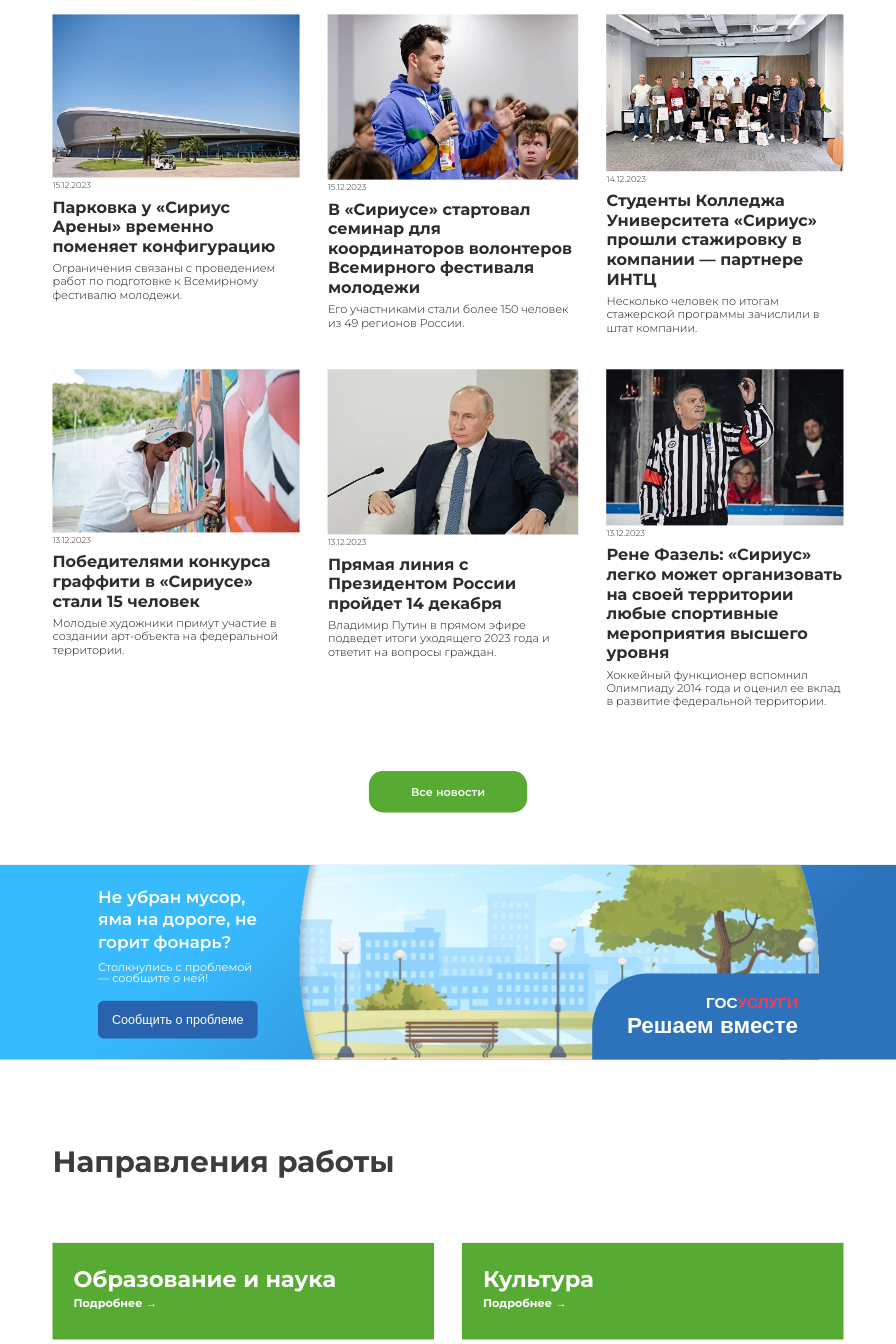
Repository: sem1103/sirius-ft
Page: index.html
An editor plug-in stored every save of this project. The page is shown before and after the next save, followed by the edit.
The browser window is 1280 px wide. The pictures show the part of the page from y = 1312 to 3232 px (the page is 5595 px tall before and 5615 px after), at 70% of full size.

Above is the page before, as saved 2023-12-21 10:55:50.

After the next save:
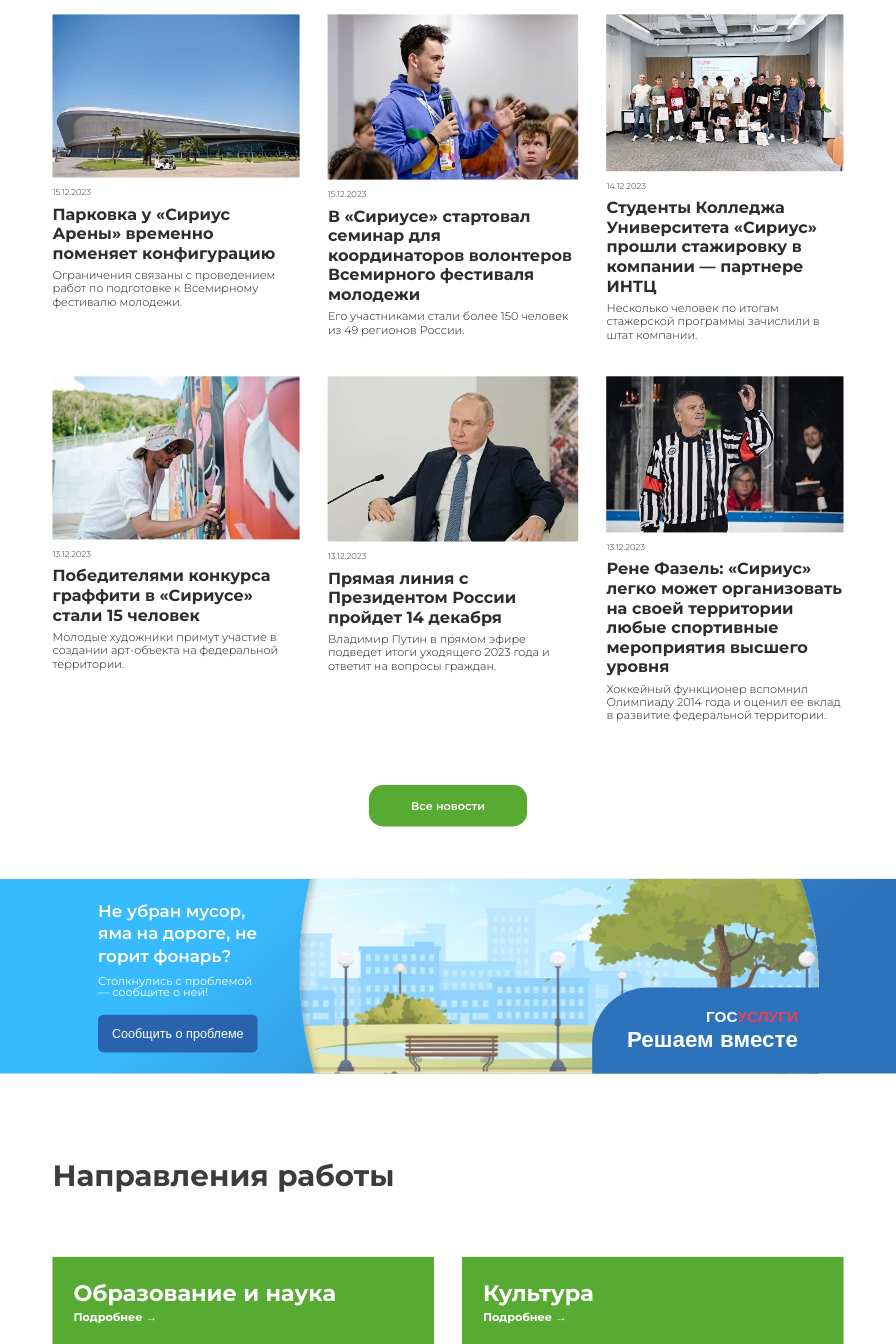
Saved 56 s later.
--- a/styles/main.css
+++ b/styles/main.css
@@ -79,6 +79,7 @@
 .news__data{
     font: 300 12px Montserrat;
     color: var(--gray);
+    margin: 10px 0 0 0;
 }
 .news__text{
     line-height: 1.55;
